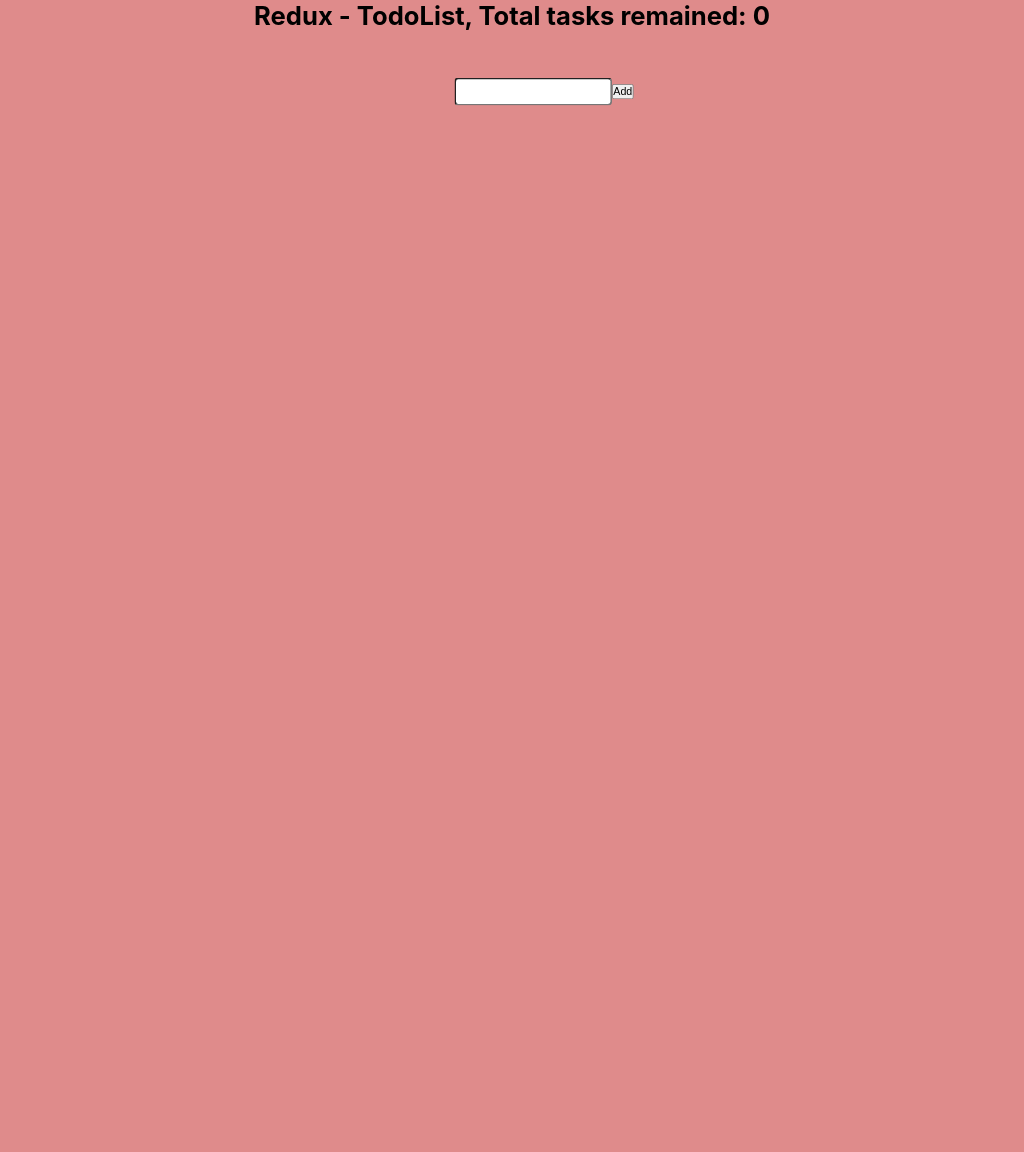
Repository: BhanuKaukuntla/TodoApp
Page: /
These files come from the project's save history. The page is drawn as it stood at one moment and after the next save; the edit follows.
The browser window is 1280 px wide. The pictures show the whole page, at 80% of full size.
The project was rebuilt for these pictures with package versions that can differ from the ones it lists, and the page was loaded fresh each time. Also part of the build but not shown: src/components/TodoItem/TodoItem.js.

Above is the page before, as saved 2021-12-01 10:18:00.

After the next save:
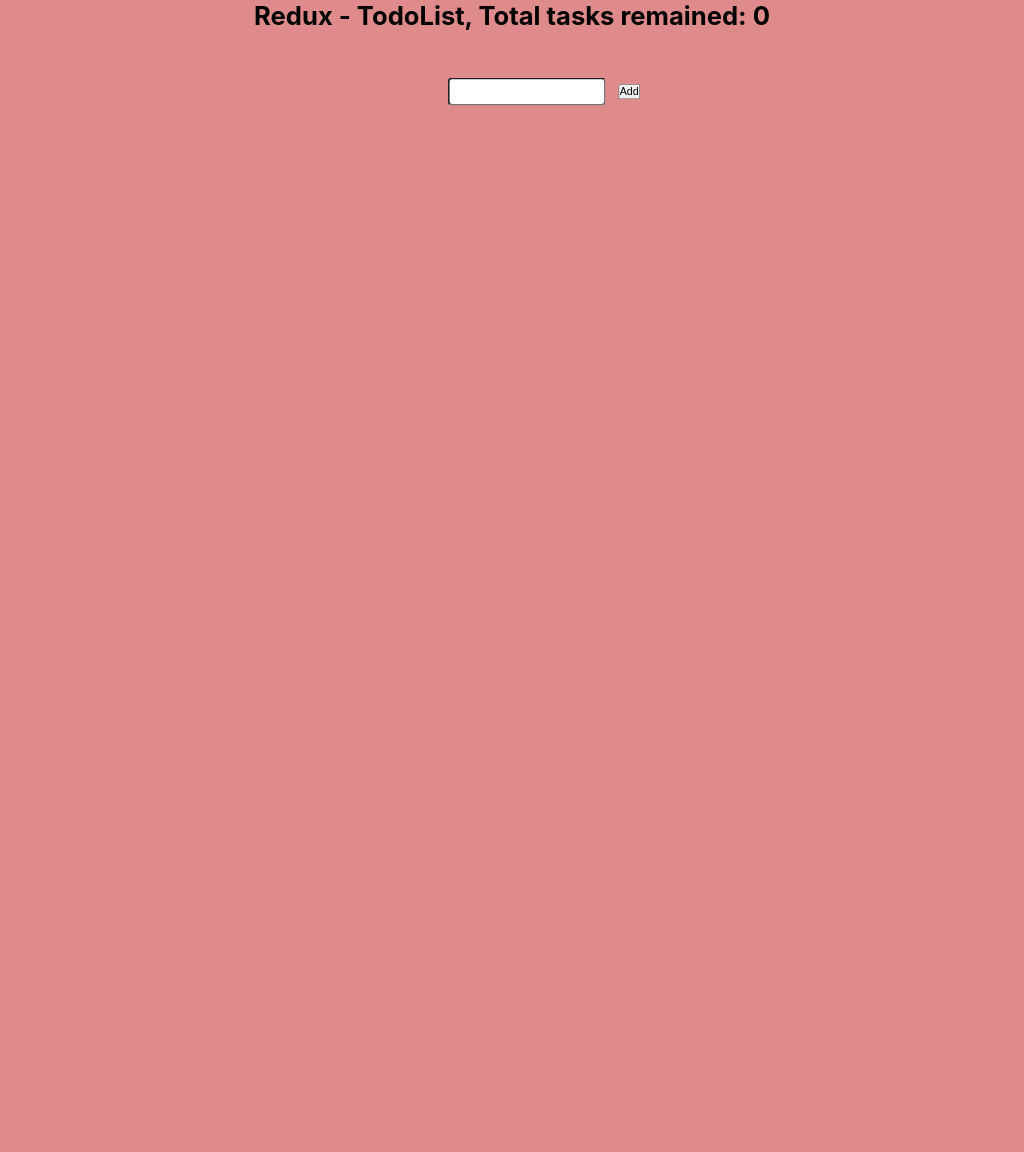
Saved 18 s later.
--- a/src/index.css
+++ b/src/index.css
@@ -47,3 +47,7 @@ code {
   /* font-size: large; */
   padding: 8px;
 }
+
+.inputButton{
+  margin-left: 1rem;
+}
